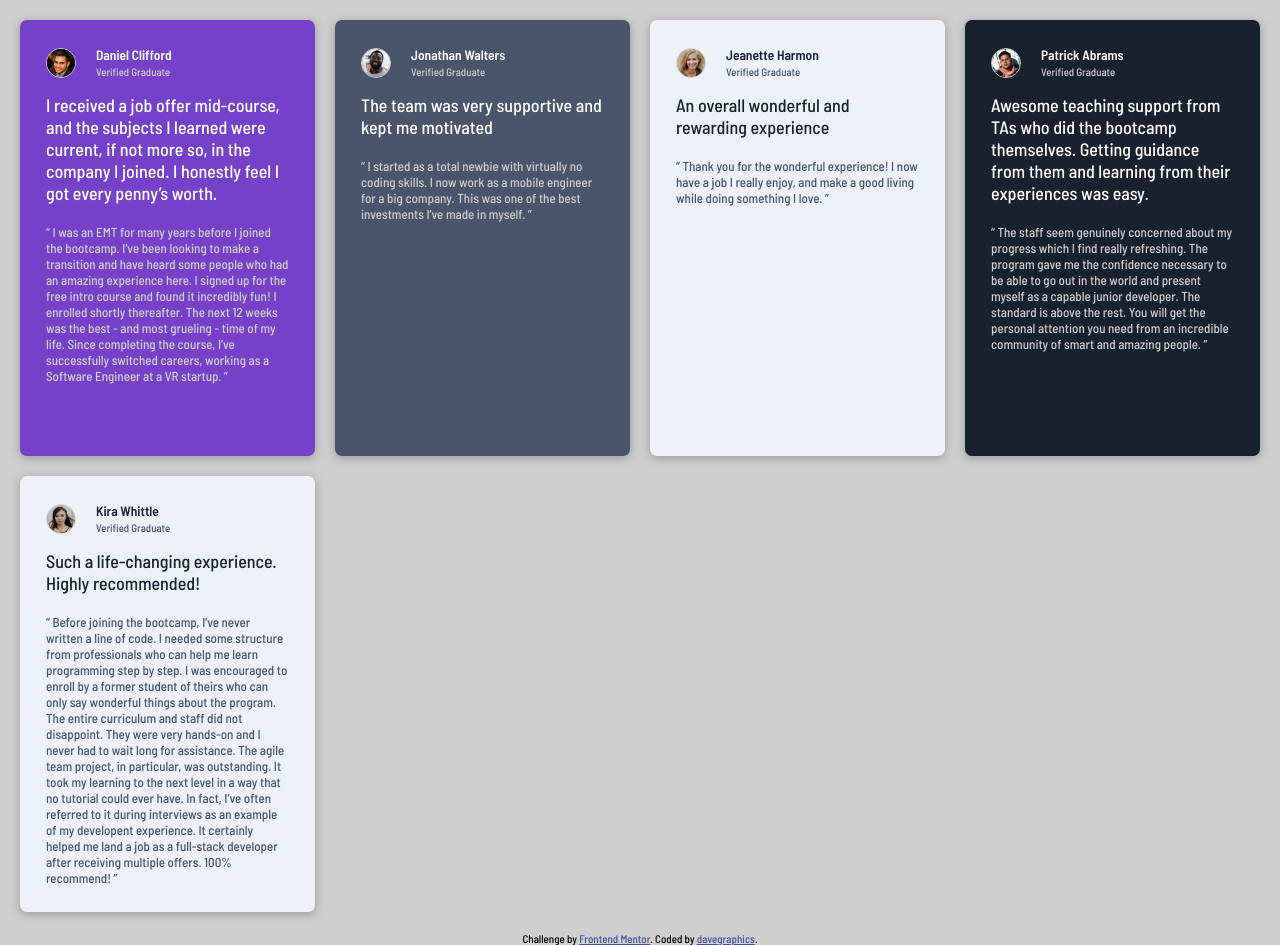
Repository: DejV44/testimonials_grid_section_main
Page: index.html
The author's editor kept a copy of each file at every save. The page is drawn from the files as they stood at one save, then again after the next save.
The browser window is 1280 px wide. The pictures show the whole page.
The style sheet was rebuilt from its Sass, Less or Tailwind sources for each picture, by a compiler version that may differ from the author's.

Above is the page before, as saved 2021-07-15 19:29:59.

### index.html
<!DOCTYPE html>
<html lang="en">

<head>
  <meta charset="UTF-8">
  <meta name="viewport" content="width=device-width, initial-scale=1.0">
  <link rel="stylesheet" href="css/style.css">
  <link rel="icon" type="image/png" sizes="32x32" href="./images/favicon-32x32.png">
  <title>Frontend Mentor | Testimonials grid section</title>
</head>

<body>
  <div class="container">
    <div class="cards violet">
      <div class="image">
        <img src="./images/image-daniel.jpg" alt="image-daniel">
        <div>
          <h4>Daniel Clifford</h4>
          <small>Verified Graduate</small>
        </div>
      </div>
      <p>I received a job offer mid-course, and the subjects I learned were current, if not more so,
        in the company I joined. I honestly feel I got every penny’s worth.</p>
      <blockquote>“ I was an EMT for many years before I joined the bootcamp. I’ve been looking to make a
        transition and have heard some people who had an amazing experience here. I signed up
        for the free intro course and found it incredibly fun! I enrolled shortly thereafter.
        The next 12 weeks was the best - and most grueling - time of my life. Since completing
        the course, I’ve successfully switched careers, working as a Software Engineer at a VR startup. ”</blockquote>
    </div>
    <div class="cards darkgray">
      <div class="image">
        <img src="./images/image-jonathan.jpg" alt="image-jonathan">
        <div>
          <h4>Jonathan Walters</h4>
          <small>Verified Graduate</small>
        </div>
      </div>
      <p>The team was very supportive and kept me motivated</p>
      <blockquote>“ I started as a total newbie with virtually no coding skills. I now work as a mobile engineer
        for a big company. This was one of the best investments I’ve made in myself. ”</blockquote>
    </div>
    <div class="cards lgblue">
      <div class="image">
        <img src="./images/image-jeanette.jpg" alt="image-jeanette">
        <div>
          <h4>Jeanette Harmon</h4>
          <small>Verified Graduate</small>
        </div>
      </div>
      <p>An overall wonderful and rewarding experience</p>
      <blockquote>“ Thank you for the wonderful experience! I now have a job I really enjoy, and make a good living
        while doing something I love. ”</blockquote>
    </div>
    <div class="cards dbblue">
      <div class="image">
        <img src="./images/image-patrick.jpg" alt="image-patrick">
        <div>
          <h4>Patrick Abrams</h4>
          <small>Verified Graduate</small>
        </div>
      </div>
      <p>Awesome teaching support from TAs who did the bootcamp themselves. Getting guidance from them and
        learning from their experiences was easy.</p>
      <blockquote>“ The staff seem genuinely concerned about my progress which I find really refreshing. The program
        gave me the confidence necessary to be able to go out in the world and present myself as a capable
        junior developer. The standard is above the rest. You will get the personal attention you need from
        an incredible community of smart and amazing people. ”</blockquote>
    </div>
    <div class="cards lgblue">
      <div class="image">
        <img src="./images/image-kira.jpg" alt="image-kira">
        <div>
          <h4>Kira Whittle</h4>
          <small>Verified Graduate</small>
        </div>
      </div>
      <p>Such a life-changing experience. Highly recommended!</p>
      <blockquote>“ Before joining the bootcamp, I’ve never written a line of code. I needed some structure from
        professionals who can help me learn programming step by step. I was encouraged to enroll by a former
        student of theirs who can only say wonderful things about the program. The entire curriculum and staff
        did not disappoint. They were very hands-on and I never had to wait long for assistance. The agile team
        project, in particular, was outstanding. It took my learning to the next level in a way that no tutorial
        could ever have. In fact, I’ve often referred to it during interviews as an example of my developent
        experience. It certainly helped me land a job as a full-stack developer after receiving multiple offers.
        100% recommend! ”</blockquote>
    </div>
  </div>
  <div class="attribution">
    Challenge by <a href="https://www.frontendmentor.io?ref=challenge" target="_blank">Frontend Mentor</a>.
    Coded by <a href="#">davegraphics</a>.
  </div>
</body>

</html>

### css/style.scss
@import url('https://fonts.googleapis.com/css2?family=Barlow+Semi+Condensed:wght@500;600&display=swap');

$ModerateViolet: hsl(263, 55%, 52%);
$VeryDarkGrayishBlue: hsl(217, 19%, 35%);
$VeryDarkBlackishBlue: hsl(219, 29%, 14%);
$White: hsl(0, 0%, 100%);
$LightGray: hsl(0, 0%, 81%);
$LightGrayishBlue: hsl(210, 46%, 95%);

* {
    margin: 0;
    padding: 0;
    box-sizing: border-box;
}

body {
    font-size: 13px;
    font-family: 'Barlow Semi Condensed', sans-serif;
    background-color: $LightGray;


    .container {
        display: grid;
        grid-template-columns: 1fr;
        margin: 20px;
        gap: 20px;
        .cards {

            padding: 2em;
            border-radius: 7px;
            box-shadow: rgba(128, 128, 128, 0.712) 0px 2px 10px;

            &.violet {
                background-color: $ModerateViolet;
            }

            &.darkgray {
                background-color: $VeryDarkGrayishBlue;
            }

            &.lgblue {
                background-color: $LightGrayishBlue;
                p {
                    color: $VeryDarkBlackishBlue;
                }
                blockquote {
                    color: $VeryDarkGrayishBlue;
                }
                .image {
                    h4 {
                        color: $VeryDarkBlackishBlue;
                    }
                    small {
                        color: $VeryDarkGrayishBlue;
                    }
                }
            }
            &.dbblue {
                background-color: $VeryDarkBlackishBlue;
            }


            .image {
                display: flex;
                margin-bottom: 15px;
                align-items: center;

                img {
                    border-radius: 50%;
                    width: 30px;
                    height: 30px;
                    margin-right: 20px;
                    border: 1px solid $LightGray;
                }

                h4 {
                    color: $White;
                    font-size: 13.5px;

                }

                small {
                    color: $LightGray;
                }
            }

            blockquote {
                color: $LightGray;
                padding-top: 20px;
            }
            p {
                color: $White;
                font-size: 18px;
            }
        }

    }

@media (min-width: 640px) {

    .container {
        display: grid;
        grid-template-columns: repeat(4, 1fr);
        grid-template-rows: 1fr 1fr;
        margin: 20px;
        gap: 20px;
    }

}

.attribution { font-size: 11px; text-align: center; }
.attribution a { color: hsl(228, 45%, 44%); }

}

After the next save:
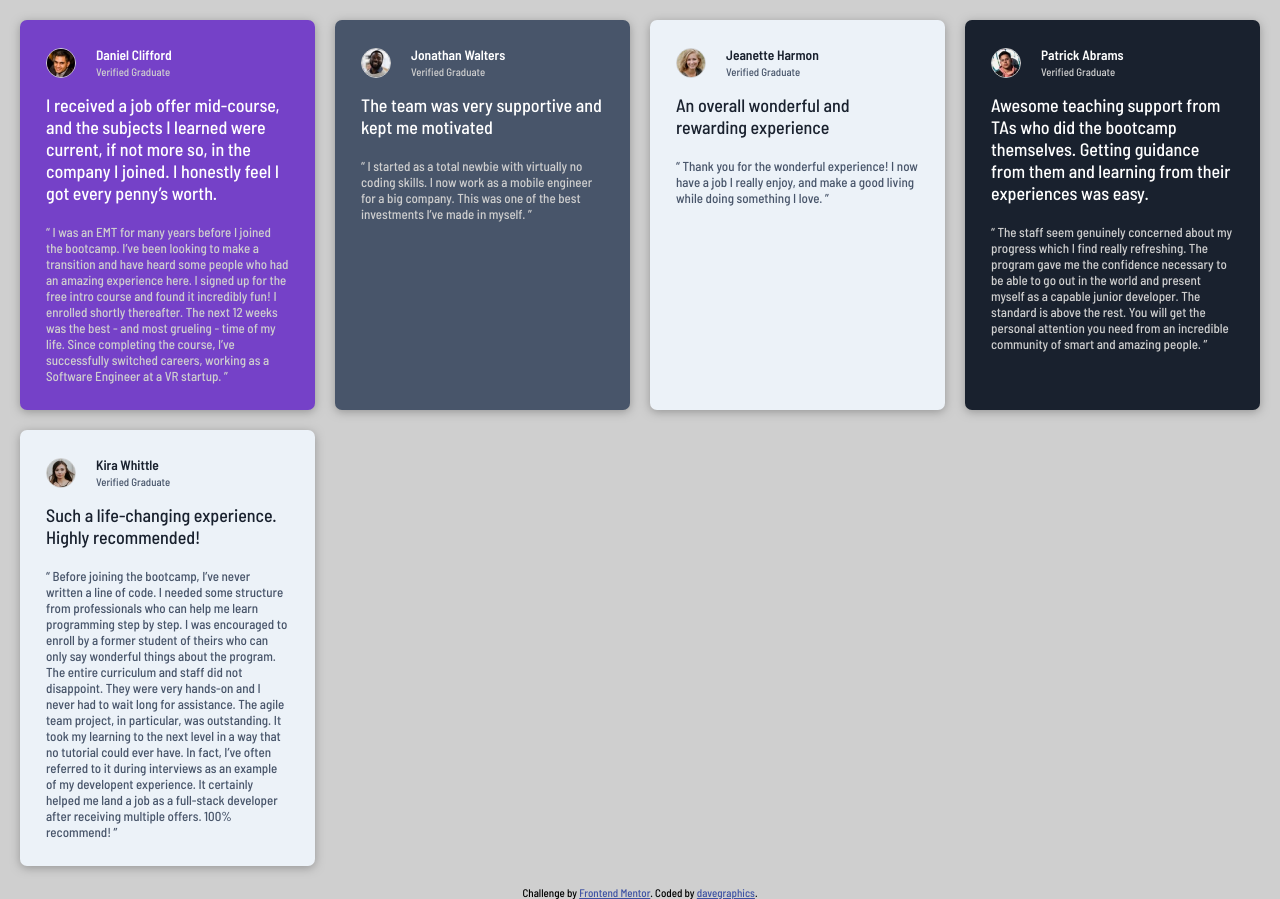
Saved 70 s later.
--- a/css/style.scss
+++ b/css/style.scss
@@ -101,7 +101,6 @@ body {
     .container {
         display: grid;
         grid-template-columns: repeat(4, 1fr);
-        grid-template-rows: 1fr 1fr;
         margin: 20px;
         gap: 20px;
     }
